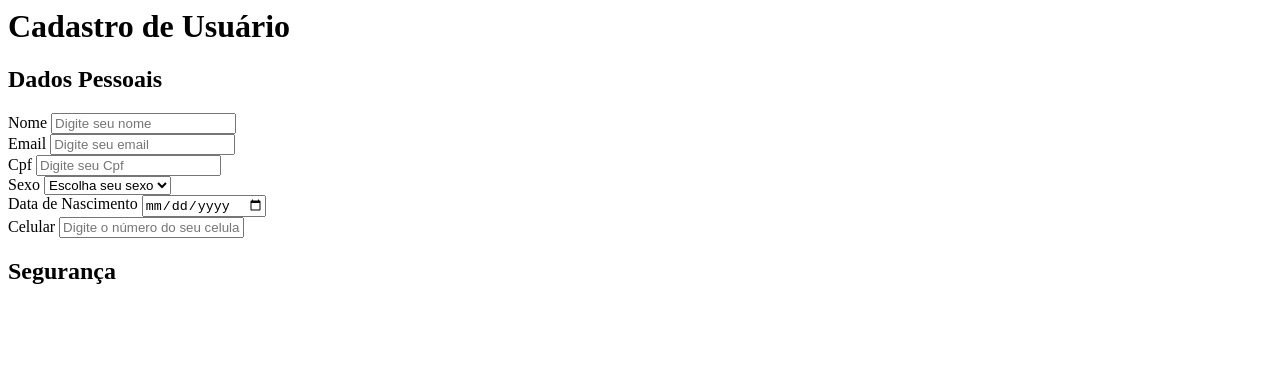
Repository: formatech2018/BRUNNO-S-FILMES
Page: sistema.filmes/src/main/webapp/resources/html/cadastro.html
An editor plug-in stored every save of this project. The page is shown before and after the next save, followed by the edit.
The browser window is 1280 px wide. The pictures show the whole page.

Above is the page before, as saved 2018-08-04 14:53:47.

### sistema.filmes/src/main/webapp/resources/html/cadastro.html
<h1 id="titulo-cadastro">Cadastro de Usuário</h1>
<div id="dados-pessoais">
	<h2 id="titulo-dados-pessoais">Dados Pessoais</h2>
</div>

<form id="formulario-cadastro">
	<div class="row">
		<div class="col">
			<label for="colFormLabel" class="col-sm-2 col-form-label">Nome</label>
			<input type="text" name="nome" class="form-control"
				placeholder="Digite seu nome">
		</div>
		<div class="col">
			<label for="colFormLabel" class="col-sm-2 col-form-label">Email</label>
			<input type="text" name="email" class="form-control"
				placeholder="Digite seu email">
		</div>
	</div>

	<div class="row">
		<div class="col">
			<label for="colFormLabel" class="col-sm-2 col-form-label">Cpf</label>
			<input type="text" id="cpf" class="form-control"
				placeholder="Digite seu Cpf">
		</div>
		<div class="col">
			<label for="colFormLabel" class="col-sm-2 col-form-label">Sexo</label>
			<select class="custom-select">
				<option selected>Escolha seu sexo</option>
				<option value="masculino">Masculino</option>
				<option value="Feminino">Feminino</option>

			</select>
		</div>
	</div>

	<div class="row">
		<div class="col">
			<label for="colFormLabel" class="col-sm-6 col-form-label">Data
				de Nascimento</label> <input type="date" name="nascimento"
				class="form-control" placeholder="Digite sua data de nascimento">
		</div>
		<div class="col">
			<label for="colFormLabel" class="col-sm-2 col-form-label">Celular</label>
			<input type="text" id="celular" name="celular" class="form-control"
				placeholder="Digite o número do seu celular">
		</div>
	</div>
	<div id="seguranca">
		<h2 id="titulo-segurança">Segurança</h2>
	</div>

</form>

After the next save:
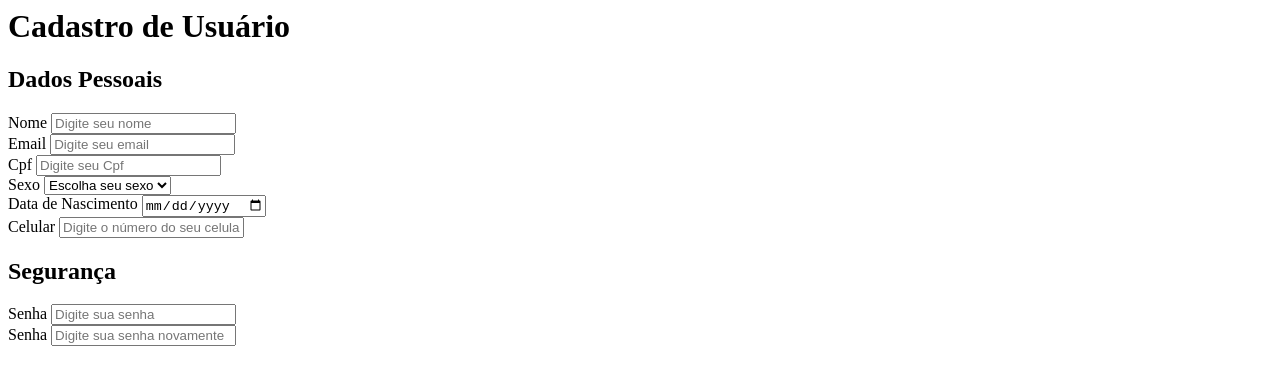
Saved 13 min 6 s later.
--- a/sistema.filmes/src/main/webapp/resources/html/cadastro.html
+++ b/sistema.filmes/src/main/webapp/resources/html/cadastro.html
@@ -50,4 +50,17 @@
 		<h2 id="titulo-segurança">Segurança</h2>
 	</div>
 
+	<div class="row">
+		<div class="col">
+			<label for="colFormLabel" class="col-sm-2 col-form-label">Senha</label>
+			<input type="password" name="senha" class="form-control"
+				placeholder="Digite sua senha">
+		</div>
+		<div class="col">
+			<label for="colFormLabel" class="col-sm-2 col-form-label">Senha</label>
+			<input type="password" name="senha-novamente" class="form-control"
+				placeholder="Digite sua senha novamente">
+		</div>
+	</div>
+
 </form>
